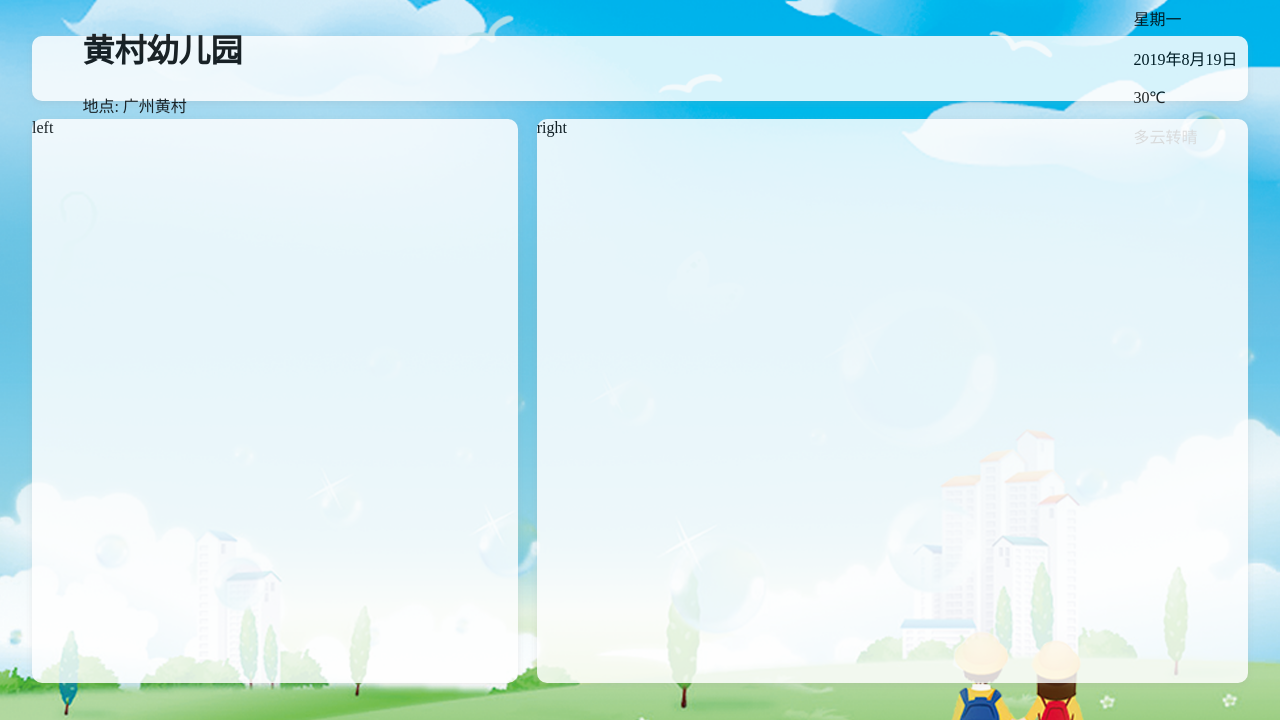
Repository: huangdesheng/classBrand
Page: / (app in classBrand/)
The author's editor kept a copy of each file at every save. The page is drawn from the files as they stood at one save, then again after a run of saves.
The browser window is 1280 px wide. The pictures show the whole page.
The project was rebuilt for these pictures with package versions that can differ from the ones it lists, and the page was loaded fresh each time.

Above is the page before, as saved 2019-08-23 10:12:13.

### classBrand/index.html
<!DOCTYPE html>
<html>

<head>
  <meta charset="utf-8">
  <meta name="viewport" content="width=device-width,initial-scale=1.0">
  <meta name="viewport"
    content="width=device-width, user-scalable=no, initial-scale=1.0, maximum-scale=1.0, minimum-scale=1.0">
  <meta name="x5-orientation" content="portrait">
  <!-- QQ应用模式 -->
  <meta name="x5-page-mode" content="app">
  <!-- windows phone 点击无高光 -->
  <meta name="msapplication-tap-highlight" content="no">
  <meta content=yes name=apple-mobile-web-app-capable>
  <meta content=yes name=apple-touch-fullscreen>
  <!-- 禁止将页面中的数字识别为电话号码 -->
  <meta name="format-detection" content="telephone=no,email=no">
  <title>classbrand</title>
</head>

<body>
  <div id="app"></div>
  <!-- built files will be auto injected -->
</body>

</html>

### classBrand/src/main.js
// The Vue build version to load with the `import` command
// (runtime-only or standalone) has been set in webpack.base.conf with an alias.
import Vue from 'vue'
import App from './App'
import router from './router'
import 'lib-flexible'

Vue.config.productionTip = false

/* eslint-disable no-new */
new Vue({
  el: '#app',
  router,
  components: {
    App
  },
  template: '<App/>'
})

### classBrand/src/App.vue
<template>
  <div id="app">
    <router-view />
  </div>
</template>

<script>
export default {
  name: "App"
};
</script>

<style lang="less">
.bt {
  width: 100vw;
  height: 100vh;
  background: url(./assets/bg/bg.png);
  background-size: 100% 100%;
  background-repeat: no-repeat;
  background-position: center;
  position: fixed;
  left: 0;
  top: 0;
  display: flex;
  justify-content: center;
  align-items: center;
}
#app {
  .bt;
}
</style>

### classBrand/src/router/index.js
import Vue from 'vue'
import Router from 'vue-router'
import index from '@/views/index'

Vue.use(Router)

export default new Router({
  routes: [{
    path: '/',
    name: 'index',
    component: index
  }]
})

### classBrand/src/views/index/index.vue
<template>
  <div id="index">
    <header>
      <ul>
        <li>
          <span></span>
          <div>
            <h1>黄村幼儿园</h1>
            <p>地点: 广州黄村</p>
          </div>
        </li>
        <li>
          <div>17:39</div>
          <div>
            <p>星期一</p>
            <p>2019年8月19日</p>
          </div>
          <div>
            <p>30℃</p>
            <p>多云转晴</p>
          </div>
        </li>
      </ul>
    </header>
    <section>
      <aside>left</aside>
      <aside>right</aside>
    </section>
  </div>
</template>

<script>
export default {};
</script>

<style lang="less" scoped>
.bt {
  background: rgba(255, 255, 255, 1);
  box-shadow: 0px 2px 7px 0px rgba(161, 157, 157, 0.23);
  opacity: 0.84;
  border-radius: 10px;
}
.img {
  width: 3rem;
  height: 3rem;
  background-size: cover;
  background-position: center center;
  background-repeat: no-repeat;
}
.flex {
  display: flex;
  justify-content: space-between;
  align-items: center;
}
#index {
  width: 95%;
  height: 90%;
  header {
    .bt;
    height: 10%;
    width: 100%;
    > ul {
      list-style: none;
      width: 95%;
      height: 100%;
      margin: 0 auto;
      display: flex;
      justify-content: space-between;
      align-items: center;
      li {
        &:nth-of-type(1) {
          > span {
            .img;
            background: url(../../assets/icon/index.png);
          }
        }
      }
    }
  }
  section {
    .flex;
    width: 100%;
    margin-top: 1.5%;
    height: 87%;
    aside {
      .bt;
      height: 100%;
      &:nth-of-type(1) {
        width: 40%;
        margin-right: 1.5%;
      }
      &:nth-of-type(2) {
        flex: 1;
      }
    }
  }
}
</style>

After the next 2 saves:
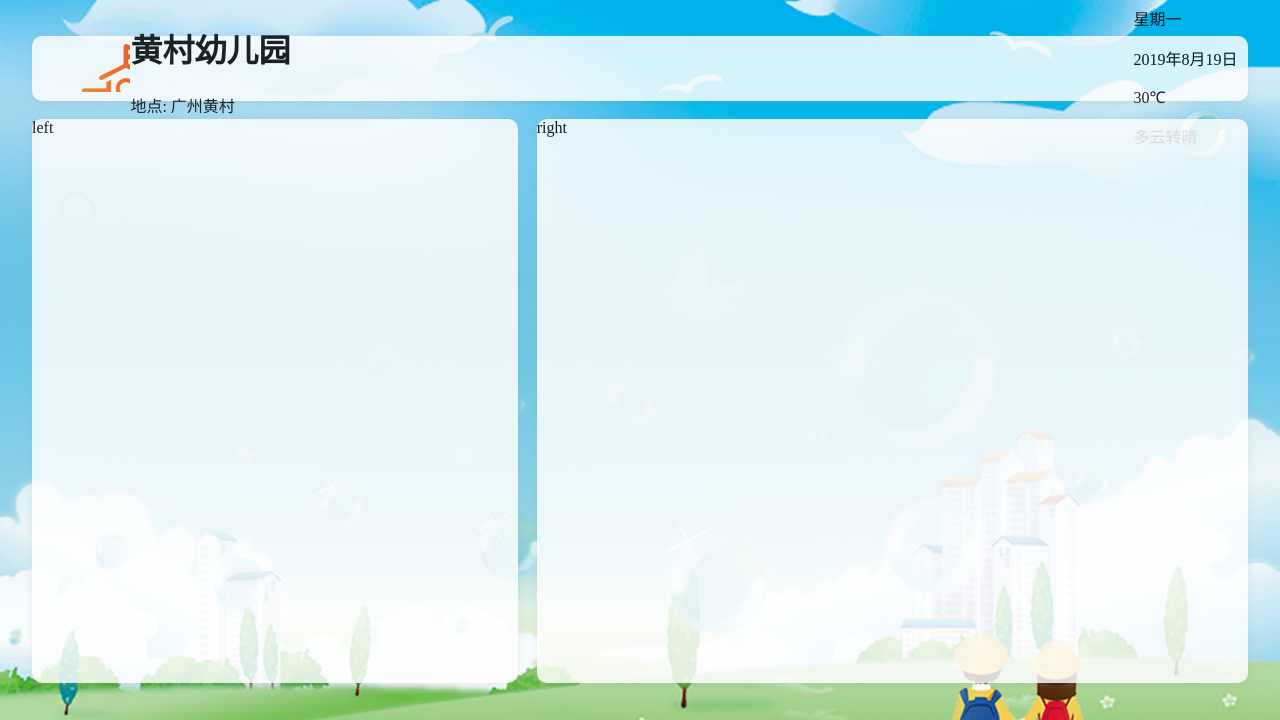
The 2 saves are shown as one change because they came seconds apart.
The last was saved 55 s later.
--- a/classBrand/src/views/index/index.vue
+++ b/classBrand/src/views/index/index.vue
@@ -69,6 +69,7 @@ export default {};
       align-items: center;
       li {
         &:nth-of-type(1) {
+          .flex;
           > span {
             .img;
             background: url(../../assets/icon/index.png);
